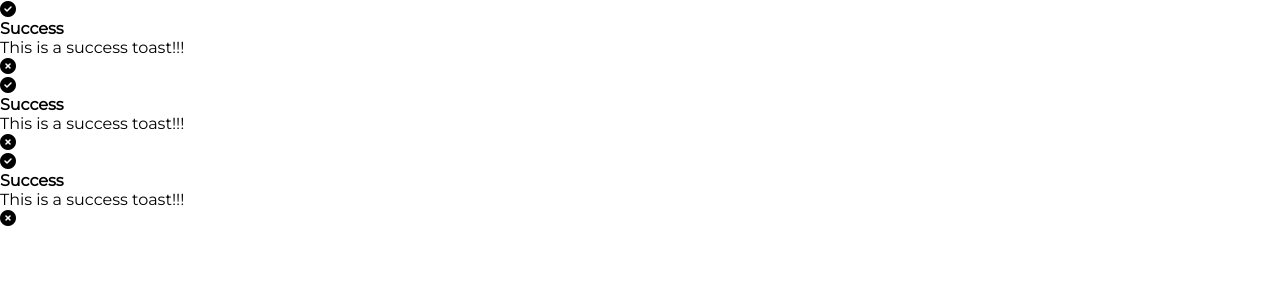
Repository: thuynguyen0964/Toast-Cooler
Page: index.html
These files come from the project's save history. The page is drawn as it stood at one moment and after the next save; the edit follows.
The browser window is 1280 px wide. The pictures show the whole page.

Above is the page before, as saved 2023-01-26 20:17:59.

### index.html
<!DOCTYPE html>
<html lang="en">
<head>
    <meta charset="UTF-8">
    <meta http-equiv="X-UA-Compatible" content="IE=edge">
    <meta name="viewport" content="width=device-width, initial-scale=1.0">
    <title>Toast Mess Cooler</title>
    <link href="https://fonts.googleapis.com/css2?family=Montserrat:wght@300;400&display=swap" rel="stylesheet">
    <link rel="stylesheet" href="https://cdnjs.cloudflare.com/ajax/libs/font-awesome/6.2.1/css/all.min.css">
    <link rel="stylesheet" href="./app/style.css">
</head>
<body>
    <ul class="container">
        <li class="toast success">
            <div class="icon">
                <i class="fa-solid fa-circle-check"></i>
            </div>
            <h4 class="toast__title">
                Success
            </h4>
            <p class="toast__desc">
                This is a success toast!!!
            </p>
            <div class="icon__close">
                <i class="fa-solid fa-circle-xmark"></i>
            </div>
        </li>
        <li class="toast error">
            <div class="icon">
                <i class="fa-solid fa-circle-check"></i>
            </div>
            <h4 class="toast__title">
                Success
            </h4>
            <p class="toast__desc">
                This is a success toast!!!
            </p>
            <div class="icon__close">
                <i class="fa-solid fa-circle-xmark"></i>
            </div>
        </li>
        <li class="toast infor">
            <div class="icon">
                <i class="fa-solid fa-circle-check"></i>
            </div>
            <h4 class="toast__title">
                Success
            </h4>
            <p class="toast__desc">
                This is a success toast!!!
            </p>
            <div class="icon__close">
                <i class="fa-solid fa-circle-xmark"></i>
            </div>
        </li>
    </ul>
</body>
</html>

### app/style.css
*{
    margin: 0;
    padding: 0;
    box-sizing: border-box;
}
body{
    font-family: "Montserrat", sans-serif;
    display: flex;
    align-items: center;

}

After the next save:
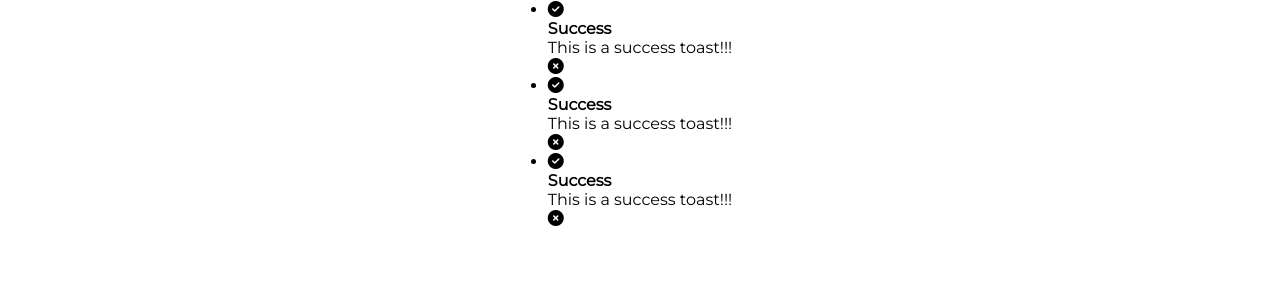
Saved 6 s later.
--- a/app/style.css
+++ b/app/style.css
@@ -7,5 +7,6 @@
     font-family: "Montserrat", sans-serif;
     display: flex;
     align-items: center;
-
+    justify-content: center;
+    min
 }
